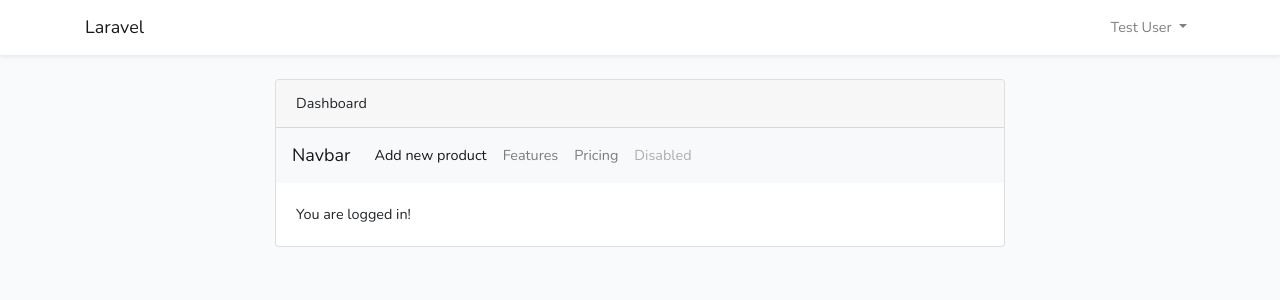
Repository: Fateen980/Tawfiq
Page: http://localhost/home
These files come from the project's save history. The page is drawn as it stood at one moment and after a run of saves; the edit follows.
The browser window is 1280 px wide. The pictures show the whole page.
The page is served by the project's Laravel application, run on PHP 8.4 with Laravel 8. A made-up administrator, Test User (test@example.com), is signed in.

Above is the page before, as saved 2020-09-17 07:58:18.

After the next 2 saves:
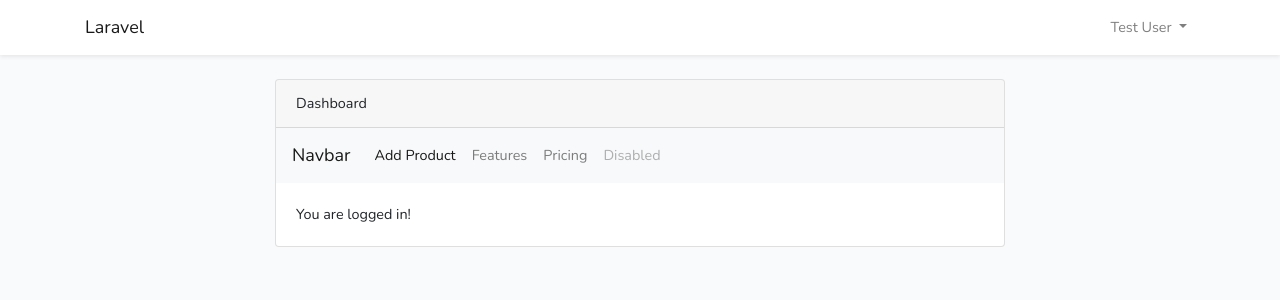
The 2 saves are shown as one change because they came seconds apart.
The last was saved 15 s later.
--- a/resources/views/home.blade.php
+++ b/resources/views/home.blade.php
@@ -16,7 +16,7 @@
   <div class="collapse navbar-collapse" id="navbarNav">
     <ul class="navbar-nav">
       <li class="nav-item active">
-        <a class="nav-link" href="#">Add new product <span class="sr-only">(current)</span></a>
+        <a class="nav-link" href="#">Add Product <span class="sr-only">(current)</span></a>
       </li>
       <li class="nav-item">
         <a class="nav-link" href="#">Features</a>
